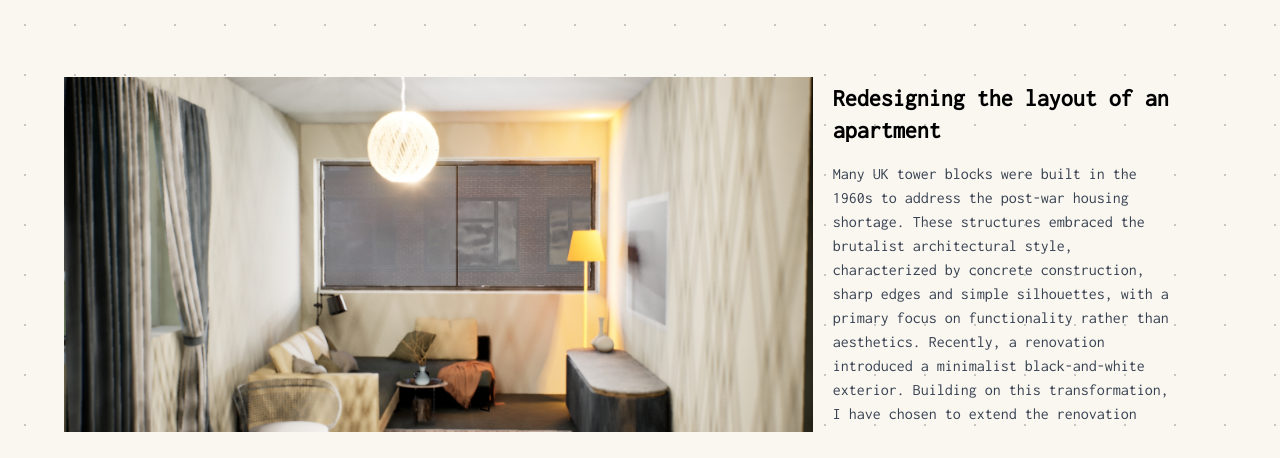
Repository: BBRRE/Portfolio-V2
Page: /#/Architecture
An editor plug-in stored every save of this project. The page is shown before and after the next save, followed by the edit.
The browser window is 1280 px wide. The pictures show the part of the page from y = 0 to 458 px (the page is 1114 px tall before and 990 px after).
Pictures or frames that could not be fetched are drawn as grey boxes. Some web fonts or font styles are not loaded; a fallback is used. The project was rebuilt for these pictures with package versions that can differ from the ones it lists, and the page was loaded fresh each time. Also part of the build but not shown: vite.config.js, src/Subjects/CompSci.jsx, src/Subjects/EEng.jsx, src/Subjects/Other.jsx, src/Projects Overview.jsx, src/HomePage.jsx, src/ErrorBoundary.jsx.

Above is the page before, as saved 2024-11-26 21:13:22.

### index.html
<!doctype html>
<html lang="en">
  <head>
    <meta charset="UTF-8" />
    <link rel="icon" type="image/svg+xml" href="src\assets\letter-bb.svg" />
    <link href="https://fonts.googleapis.com/css2?family=Inconsolata&family=Italiana&family=Hubballi&family=Julius+Sans+One&display=swap" rel="stylesheet">
    <link rel="preconnect" href="https://fonts.googleapis.com" />
<link rel="preconnect" href="https://fonts.gstatic.com" crossorigin />
<link
  rel="stylesheet"
  href="https://fonts.googleapis.com/css2?family=Roboto:wght@300;400;500;700&display=swap"
/>
<link
  rel="stylesheet"
  href="https://fonts.googleapis.com/icon?family=Material+Icons"
/>

    <meta name="viewport" content="width=device-width, initial-scale=1.0" />
    <title>Bilaal Bare</title>
  </head>
  <body>
    <div id="root"></div>
    <script type="module" src="/src/main.jsx"></script>
  </body>
</html>

### src/main.jsx
import React from 'react'
import ReactDOM from 'react-dom/client'
import App from './App'
import ErrorBoundary from './ErrorBoundary'
import './index.css'

ReactDOM.createRoot(document.getElementById('root')).render(
  <React.StrictMode>
    <ErrorBoundary>
      <App />
    </ErrorBoundary>
  </React.StrictMode>
)

### src/App.jsx
import { HashRouter as Router, Routes, Route } from 'react-router-dom';
import Archi from './Subjects/Archi.jsx'
import CompSci from './Subjects/CompSci.jsx'
import EEng from './Subjects/EEng.jsx'
import Other from './Subjects/Other.jsx'
import { HomePage } from './HomePage'
import { useState, useEffect } from 'react'

function App() {
  useEffect(() => {
    console.log('App component mounted')
  }, [])

  return (
    <Router>
        <Routes>
          <Route path="/" element={<HomePage />} />
          <Route path="/Architecture" element={<Archi />} />
          <Route path="/Electronic-Eng" element={<EEng />} />
          <Route path="/Computer-Sci" element={<CompSci />} />
          <Route path="/Other" element={<Other />} />
        </Routes>
    </Router>
  )
}

export default App

### src/index.css
@tailwind base;
@tailwind components;
@tailwind utilities;

@layer utilities {
  .bg-dot-pattern {
    background-image: radial-gradient(circle, rgba(0, 0, 0, 0.2) 1px, transparent 1px);
    background-size: 50px 50px; /* Adjust the spacing here */
  }
}

### src/Subjects/Archi.jsx
import React, { useState, useEffect } from 'react';
import { motion } from "framer-motion";
import archi from "../assets/arch.jpg";
import old from "../assets/Old.jpg";
import newL from "../assets/New.jpg";
import render1 from "../assets/NewLevelSequence.0001.jpeg"
import render2 from "../assets/NewLevelSequence.0002.jpeg"
import render3 from "../assets/NewLevelSequence.0003.jpeg"
import render4 from "../assets/NewLevelSequence.0004.jpeg"
import render5 from "../assets/NewLevelSequence.0005.jpeg"
import kitchen from "../assets/Kitchene.PNG";
import balcony from "../assets/Balconye.PNG";
import bathroom from "../assets/Bathroome.PNG";
import logronyo from "../assets/LOGRONYO1-min.png"
import logronyo1 from "../assets/LOGRONYO1.png"
import logronyo2 from "../assets/LOGRONYO2.png"
import logronyo3 from "../assets/LOGRONYO3.png"
import logronyo4 from "../assets/LOGRONYO4.png"


const Arcchi = () => {
  const [isExpanded, setIsExpanded] = useState(false);
  const [delayedExpanded, setDelayedExpanded] = useState(false);
  const [isExpanded2, setIsExpanded2] = useState(false);
  const [delayedExpanded2, setDelayedExpanded2] = useState(false);

  useEffect(() => {
    let timer;
    if (isExpanded) {setDelayedExpanded(true)
    } else {
      timer = setTimeout(() => setDelayedExpanded(false), 1000);
    }
    return () => clearTimeout(timer);
  }, [isExpanded]);

  useEffect(() => {
    let timer;
    if (isExpanded2) {setDelayedExpanded2(true)
    } else {
      timer = setTimeout(() => setDelayedExpanded2(false), 1000);
    }
    return () => clearTimeout(timer);
  }, [isExpanded2]);

  const containerVariants = {
    hidden: {
      y: -100,
      opacity: 0
    },
    visible: {
      y: 0,
      opacity: 1,
      transition: {
        type: "spring",
        damping: 20,
        stiffness: 100,
        duration: 1
      }
    }
  };
  // Separate variants for mobile and desktop
  const imageVariants = {
    initial: {
      width: '65%',
      x: 0,
      transition: { duration: 2 }
    },
    expanded: {
      width: '100%',
      x: 0,
      transition: { duration: 2 }
    }
  };

  // Desktop-specific variants
  const desktopImageVariants = {
    initial: {
      width: '65%',
      x: 0,
      transition: { duration: 2 }
    },
    expanded: {
      width: '100%',
      x: '15%',
      transition: { duration: 2 }
    }
  };

  const textVariants = {
    initial: { opacity: 1, y: 0 },
    fading: { opacity: 0, transition: { duration: 0.5 } },
    appearing: { opacity: 1, y: '-50%', transition: { duration: 0.5 } }
  };

  return (
    <div className='bg-[#F9F7F0] bg-dot-pattern flex flex-col gap-[150px] h-auto'>
    <div className={` font-inconsolata w-full overflow-hidden mt-[-100px] `}>
      <motion.div
        className="flex flex-col pt-[60px] md:pt-[100px] gap-4 md:gap-8 w-full"
        initial="hidden"
        animate="visible"
        variants={containerVariants}
      >
        <div className="flex w-full mx-auto max-w-[1200px] flex-col px-4 md:px-6">
          {/* Initial hero section */}
          <div
            className="flex flex-col md:flex-row w-full mx-auto max-w-[1200px] h-[60vh] md:h-[80vh] cursor-pointer relative z-10"
            onClick={() => setIsExpanded(!isExpanded)}
          >
            {/* Mobile Image */}

            <motion.img
              className="object-contain rounded-sm z-10 mx-auto md:hidden"
              src={render1}
              initial="initial"
              animate={isExpanded ? "expanded" : "initial"}
              variants={imageVariants}
            />

            {/* Desktop Image */}
            <motion.img
              className="hidden md:block object-contain rounded-sm z-10"
              src={render1}
              initial="initial"
              animate={isExpanded ? "expanded" : "initial"}
              variants={desktopImageVariants}
            />

            <motion.div
              className="w-full md:w-1/3 p-4 md:pl-[20px] md:pt-[20px] my-auto"
              initial="initial"
              animate={isExpanded ? "fading" : "initial"}
              variants={textVariants}
            >
              <h1 className="text-xl md:text-2xl font-semibold mb-4">Redesigning the layout of an apartment</h1>
              <p className="text-gray-700 leading-relaxed text-sm md:text-base z-10">
              Many UK tower blocks were built in the 1960s to address the post-war housing shortage. These structures embraced the brutalist architectural style, characterized by concrete construction, sharp edges and simple silhouettes,
               with a primary focus on functionality rather than aesthetics. Recently, a renovation introduced a minimalist black-and-white exterior. Building on this transformation, I have chosen to extend the renovation indoors,
                creating a complementary interior that honors the brutalist origins while incorporating a modern touch.
              </p>
            </motion.div>
          </div>

          {/* Expanded grid section */}
          <motion.div
            className={`w-full max-w-[1200px] mx-auto transition-all duration-1000 ease-in-out  ${isExpanded ? '' : 'h-64'}
              ${isExpanded ? 'opacity-100 mt-[-200px] md:mt-8' : 'opacity-0 mt-[-400px]'}
              `}
          >
            <div className="grid grid-cols-1 md:grid-cols-2 gap-8 md:gap-16 p-4 md:p-8 justify-center">
              {/* Balcony Section */}
              <div className="flex flex-col space-y-4 md:space-y-6">
              <img
                  src={balcony}
                  alt="Balcony view"
                  className="w-full max-w-[400px] h-auto object-cover rounded-lg shadow-lg mx-auto"
                />
                <img
                  src={render5}
                  alt="Balcony view"
                  className="w-full max-w-[400px] h-auto object-cover rounded-lg shadow-lg mx-auto"
                />
                <div className="space-y-2 md:space-y-4 px-4 md:px-0">
                  <h2 className="text-lg md:text-xl font-semibold">Balcony Transformation</h2>
                  <p className="text-gray-700 leading-relaxed text-sm md:text-base">
                  What appeared to be a balcony was actually an awkward space connecting the main bedroom to the living room.
                   Despite not protruding from the building's facade, this area had defaulted to storage use. By removing this space,
                    I was able to expand the smaller bedrooms and provide them with direct access to exterior windows. The responsibility of storage would be removed from balcony and distrabuted accross the home
                     requiring alternative storage solutions to be disscused later.
                  </p>
                </div>
              </div>

              {/* Kitchen Section */}
              <div className="flex flex-col space-y-4 md:space-y-6 md:mt-[200px]">
                <img
                  src={kitchen}
                  alt="Balcony view"
                  className="w-full max-w-[400px] h-auto object-cover rounded-lg shadow-lg mx-auto"
                />
                <img
                  src={render2}
                  alt="Kitchen design"
                  className="w-full max-w-[400px] h-auto object-cover rounded-lg shadow-lg mx-auto"
                />
                <div className="space-y-2 md:space-y-4 px-4 md:px-0">
                  <h2 className="text-lg md:text-xl font-semibold">Modern Kitchen Design</h2>
                  <p className="text-gray-700 leading-relaxed text-sm md:text-base">
                    The kitchen was and small narrow with one small window, and despite it's size it was being used as also being used as a laundry
                    room. I decided to expand the kitchen out into the living room and incorporate a large window to not only help with ventilation but
                    to bring some natural light giving a more enjoyable cooking experience. I also removed many small storage rooms in the kitchen and repurposed
                    it into one large laundry / storage room. This alleviates some stress off the kitchen, and as the door is angled away from the kitchen you wouldn't be
                     interupted while baking. The larger laundry / storage room would act as the central storage and as each bedroom is now larger, there would be
                     space for separated storage within each room.
                  </p>
                </div>
              </div>

              {/* Bathroom Section */}
              <div className="flex flex-col space-y-4 md:space-y-6 md:my-[-300px]">
              <img
                  src={bathroom}
                  alt="Balcony view"
                  className="w-full max-w-[400px] h-auto object-cover rounded-lg shadow-lg mx-auto"
                />
                <img
                  src={render3}
                  alt="Bathroom design"
                  className="w-full max-w-[400px] h-auto object-cover rounded-lg shadow-lg mx-auto"
                />
                <div className="space-y-2 md:space-y-4 px-4 md:px-0">
                  <h2 className="text-lg md:text-xl font-semibold">Luxurious Bathroom</h2>
                  <p className="text-gray-700 leading-relaxed text-sm md:text-base">
                    The bathroom was 2 seperate small rooms, while it came with it's advantages, could be used in parralell, it also had many disadvantages, including the small size.
                     A combined washroom gives you a larger space and with the additional
                    divider it would provide the benifit of seperating the toilet from the bathroom. Within the neighberhood this tower block
                    resides, it is very common to have a pair of crocs / flip flops in the bathroom, with the new sliding doors the sandlas can remain
                    at the enterance while you both open and close the door.
                  </p>
                </div>
              </div>

              {/* Floor Plan Section */}
              <div className="flex flex-col space-y-4 md:space-y-6">
                <div className="h-auto md:h-auto bg-white rounded-lg shadow-lg p-4 md:p-6 md:mt-[450px]">
                  <h2 className="text-lg md:text-xl font-semibold mb-2 md:mb-4">Floor Plans & Technical Details</h2>
                  <p className="text-gray-700 leading-relaxed text-sm md:text-base ">
                  Built in the 1960s, this tower block features a typical construction style of its era: load-bearing exterior
                  walls and central columns, with non-load-bearing interior walls. This structural arrangement provided complete freedom
                  in redesigning the interior layout to meet modern living standards. Both the old and renovated floor plan, created in AutoCAD, is shown below.
                  </p>
                </div>
              </div>

              {/* Final Image */}
              <img
                src={old}
                className="col-span-1 md:col-span-2 mt-8 w-full max-w-[1200px] mb-[-50px] mx-auto rounded-lg shadow-lg"
                alt="New Layout"
              />
              <img
                src={newL}
                className="col-span-1 md:col-span-2 mt-8 w-full max-w-[1200px] mb-[100px] mx-auto rounded-lg shadow-lg"
                alt="New Layout"
              />
            </div>
          </motion.div>
        </div>
      </motion.div>
    </div>



    <div className={` font-inconsolata w-full overflow-hidden mt-[-100px] mb-[100px]`}>
      <motion.div
        className="flex flex-col pt-[60px] md:pt-[100px] gap-4 md:gap-8 w-full"
        initial="hidden"
        animate="visible"
        variants={containerVariants}
      >
        <div className="flex w-full mx-auto max-w-[1200px] flex-col px-4 md:px-6">
          {/* Initial hero section */}
          <div
            className="flex flex-col md:flex-row w-full mx-auto max-w-[1200px] h-[60vh] md:h-[80vh] cursor-pointer relative z-10"
            onClick={() => setIsExpanded2(!isExpanded2)}
          >
            {/* Mobile Image */}

            <motion.img
              className="object-contain rounded-sm z-10 mx-auto md:hidden"
              src={logronyo}
              initial="initial"
              animate={isExpanded2 ? "expanded" : "initial"}
              variants={imageVariants}
            />

            {/* Desktop Image */}
            <motion.img
              className="hidden md:block object-contain rounded-sm z-10"
              src={logronyo}
              initial="initial"
              animate={isExpanded2 ? "expanded" : "initial"}
              variants={desktopImageVariants}
            />

            <motion.div
              className="w-full md:w-1/3 p-4 md:pl-[20px] md:pt-[20px] my-auto"
              initial="initial"
              animate={isExpanded2 ? "fading" : "initial"}
              variants={textVariants}
            >
              <h1 className="text-xl md:text-2xl font-semibold mb-4">Designing a climate island in Logronyo.</h1>
              <p className="text-gray-700 leading-relaxed text-sm md:text-base z-10">
              Entry to a compititon ran by Concéntrico for an urban climate island. The entries are evaluted on sustainability, feasibility, versatility and integration
              into the architectural and urban enviroment. I have designed this entry to take inspiration from the geodesic design of the neighbouring train and bus station and the tessellated design of Parque Felipe VI park
               in which it resides. The climbing plants provide shade, modular seating elemts provide both social and individual rest spots, planters integrated into the base of the structure and green areas.
              </p>
            </motion.div>
          </div>

          {/* Expanded grid section */}
          <motion.div
            className={`w-full max-w-[1200px] mx-auto transition-all duration-1000 ease-in-out ${isExpanded2 ? '' : 'h-64'}
              ${isExpanded2 ? 'opacity-100 mt-[-200px] md:mt-8' : 'opacity-0 mt-[-400px]'}
              `}
          >
            <div className="grid grid-cols-1 md:grid-cols-2 gap-8 md:gap-16 p-4 md:p-8 justify-center">

                <img
                  src={logronyo2}
                  alt="Balcony view"
                  className="w-full max-w-[600px] h-auto object-cover rounded-lg shadow-lg mx-auto"
                />
                <img
                  src={logronyo3}
                  alt="Balcony view"
                  className="w-full max-w-[600px] h-auto object-cover rounded-lg shadow-lg mx-auto"
                />
              <img
                  src={logronyo4}
                  alt="Balcony view"
                  className="w-full max-w-[1200px] h-auto object-cover rounded-lg shadow-lg mx-auto col-span-2"
                />
                <img
                  src={logronyo1}
                  alt="Bathroom design"
                  className="w-full max-w-[800px] h-auto object-cover rounded-lg shadow-lg mx-aut col-span-2 mx-auto"
                />
            </div>
          </motion.div>
        </div>
      </motion.div>
    </div>
    </div>
  );
};

export default Arcchi;

### tailwind.config.js
/** @type {import('tailwindcss').Config} */
export default {
    darkMode: ["class"],
    content: ["index.css",
  "./src/**/*.{js,ts,jsx,tsx}",],
  theme: {
  	extend: {
  		backgroundImage: {
  			noise: "url('/src/assets/nnnoise.svg')",
  			undulate: "url('/src/assets/uuundulate.svg')"
  		},
  		fontFamily: {
  			inconsolata: ['Inconsolata', 'monospace'],
  			italiana: ['Italiana', 'serif'],
  			hubballi: ['Hubballi', 'cursive'],
  			julius: ['Julius Sans One"', 'sans-serif']
  		},
      keyframes: {
        fadeIn: {
          '0%': { opacity: '0' },
          '100%': { opacity: '1' },
        },
      }
  	}
  }
}

After the next save:
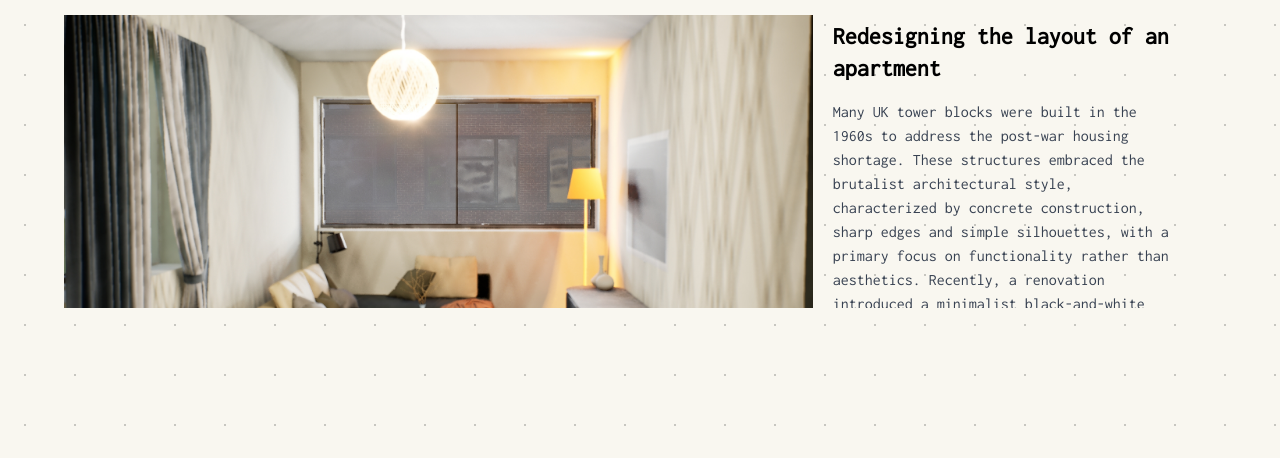
Saved 3 min 21 s later.
--- a/src/Subjects/Archi.jsx
+++ b/src/Subjects/Archi.jsx
@@ -104,7 +104,7 @@ const Arcchi = () => {
         <div className="flex w-full mx-auto max-w-[1200px] flex-col px-4 md:px-6">
           {/* Initial hero section */}
           <div
-            className="flex flex-col md:flex-row w-full mx-auto max-w-[1200px] h-[60vh] md:h-[80vh] cursor-pointer relative z-10"
+            className="flex flex-col md:flex-row w-full mx-auto max-w-[1200px] cursor-pointer relative z-10"
             onClick={() => setIsExpanded(!isExpanded)}
           >
             {/* Mobile Image */}
